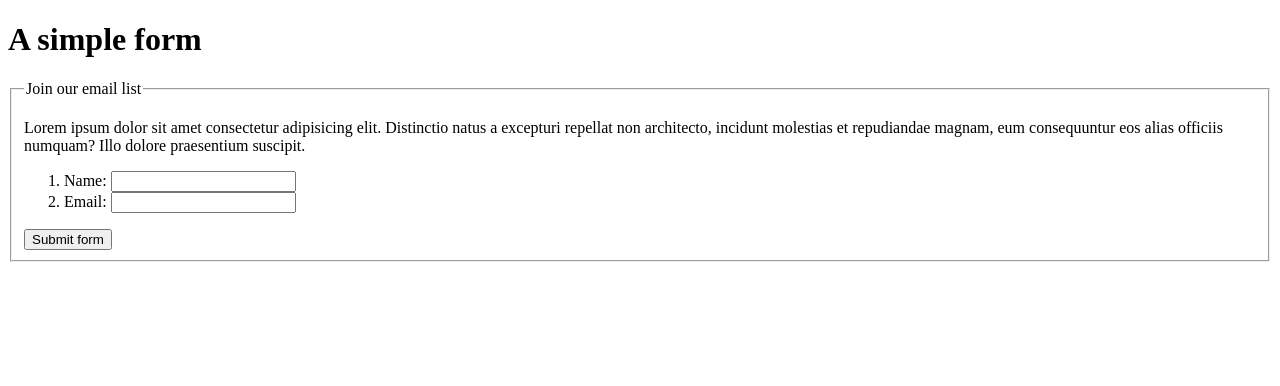
Repository: Colo-Codes/code-practice
Page: 01-html-practice-10.html
An editor plug-in stored every save of this project. The page is shown before and after the next save, followed by the edit.
The browser window is 1280 px wide. The pictures show the whole page.

Above is the page before, as saved 2021-04-29 11:52:19.

### 01-html-practice-10.html
<!DOCTYPE html>
<html lang="en">
<head>
    <meta charset="UTF-8">
    <meta http-equiv="X-UA-Compatible" content="IE=edge">
    <meta name="viewport" content="width=device-width, initial-scale=1.0">
    <title>Forms practice</title>
</head>
<body>
    <h1>A simple form</h1>
    <form action="" method="GET"> <!-- If the action attribute is empty, the same page will be used to process the form data -->
        <fieldset>
            <legend>Join our email list</legend>
            <p>Lorem ipsum dolor sit amet consectetur adipisicing elit. Distinctio natus a excepturi repellat non architecto, incidunt molestias et repudiandae magnam, eum consequuntur eos alias officiis numquam? Illo dolore praesentium suscipit.</p>
            <ol>
                <li>
                    <label for="firstlast">Name: </label>
                    <input type="text" name="fullname" id="firstlast">
                </li>
                <li>
                    <label for="email">Email: </label>
                    <input type="text" name="emailaddr" id="email">
                </li>
            </ol>
            <input type="submit" value="Submit form">
        </fieldset>
    </form>
</body>
</html>

After the next save:
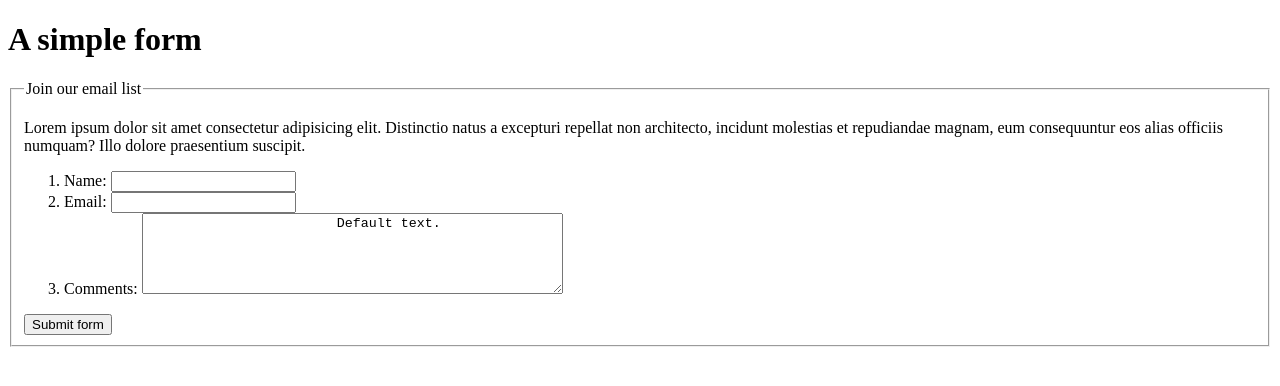
Saved 51 min 39 s later.
--- a/01-html-practice-10.html
+++ b/01-html-practice-10.html
@@ -21,6 +21,12 @@
                     <label for="email">Email: </label>
                     <input type="text" name="emailaddr" id="email">
                 </li>
+                <li>
+                    <label for="comments">Comments: </label>
+                    <textarea name="commentsBox" rows="5" cols="50">
+                        Default text.
+                    </textarea>
+                </li>
             </ol>
             <input type="submit" value="Submit form">
         </fieldset>
